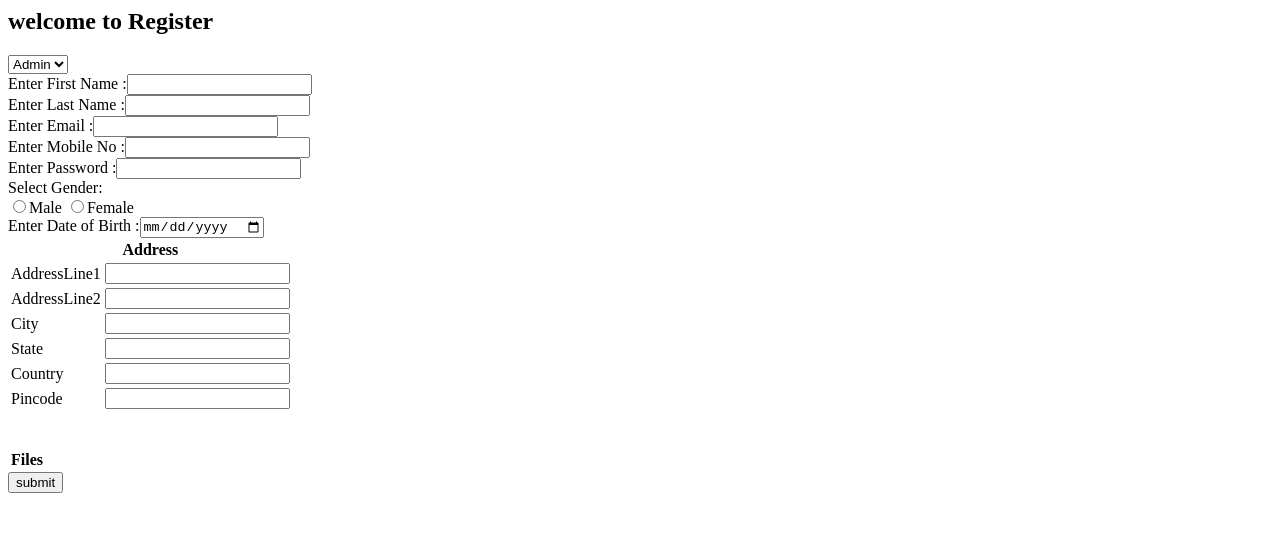
Repository: kewatraviraj/My_Work
Page: http://localhost/registration/
An editor plug-in stored every save of this project. The page is shown before and after the next save, followed by the edit.
The browser window is 1280 px wide. The pictures show the whole page.
The page is served by Tomcat 9.

Above is the page before, as saved 2018-08-30 10:43:53.

After the next save:
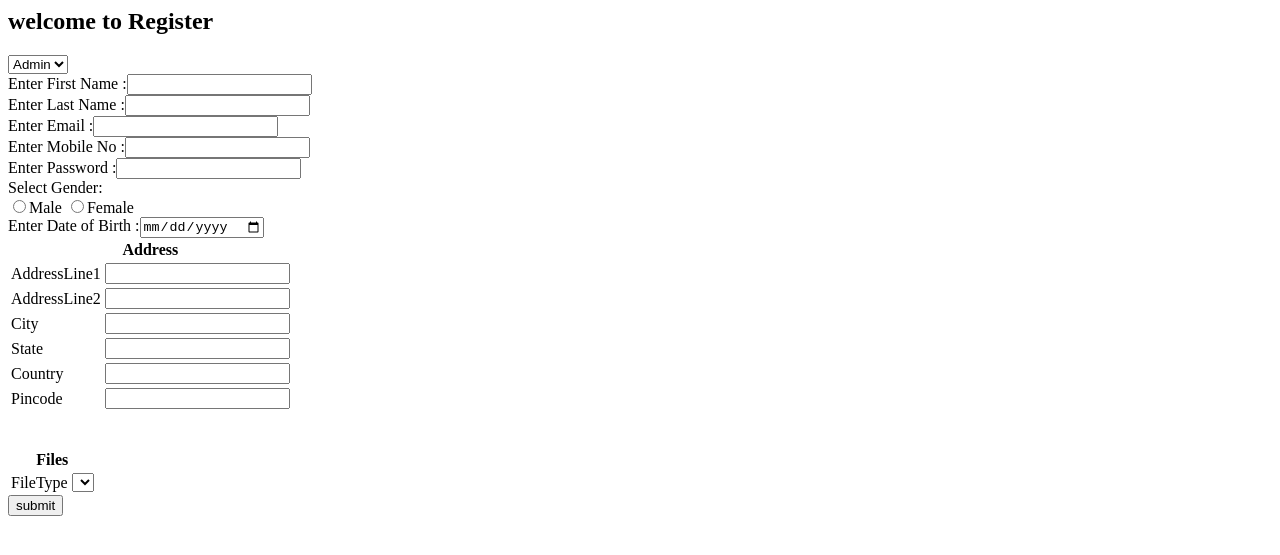
Saved 76 s later.
--- a/Eclipsework/registration/src/main/webapp/index.jsp
+++ b/Eclipsework/registration/src/main/webapp/index.jsp
@@ -42,7 +42,12 @@
 
 		<table>
 			<tr><th colspan="2">Files</th></tr>
+			<tr>
+				<td>FileType</td>
+				<td><select name="file_type">
 
+					</select></td>
+			</tr>
 		</table>
 
 
